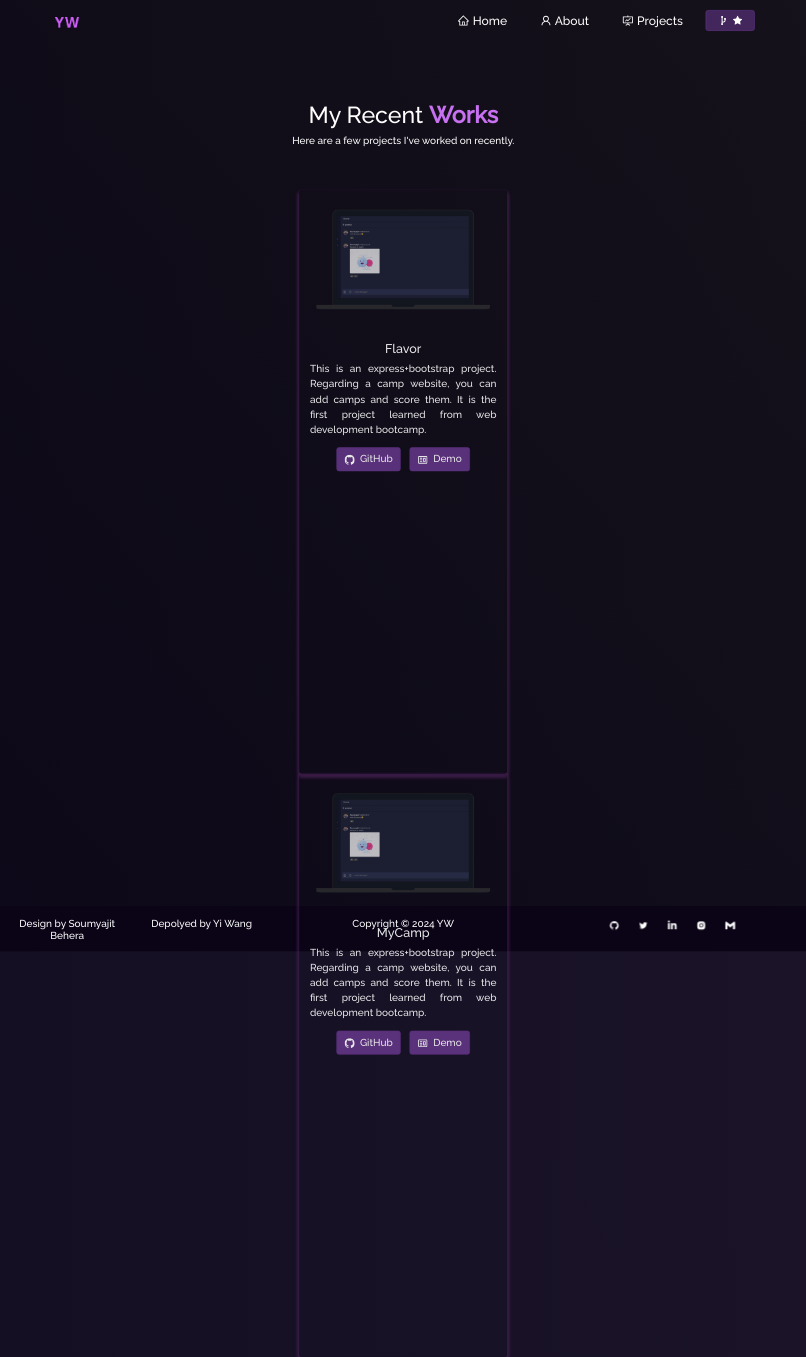
Repository: YiWang24/Portfolio
Page: /project
An editor plug-in stored every save of this project. The page is shown before and after the next save, followed by the edit.
The browser window is 1280 px wide. The pictures show the whole page, at 63% of full size.
The project was rebuilt for these pictures with package versions that can differ from the ones it lists, and the page was loaded fresh each time. Also part of the build but not shown: src/components/Home/Home2.js, src/components/Home/Type.js, src/components/Home/Home.js, src/components/About/Github.js, src/components/About/Techstack.js, src/components/About/AboutCard.js, src/components/About/Toolstack.js, src/components/About/About.js and 1 more. Imported but missing from the stored project, and not drawn on this page: src/Assets/Soumyajit_Behera-BIT_MESRA.pdf.

Above is the page before, as saved 2024-09-19 22:01:14.

After the next save:
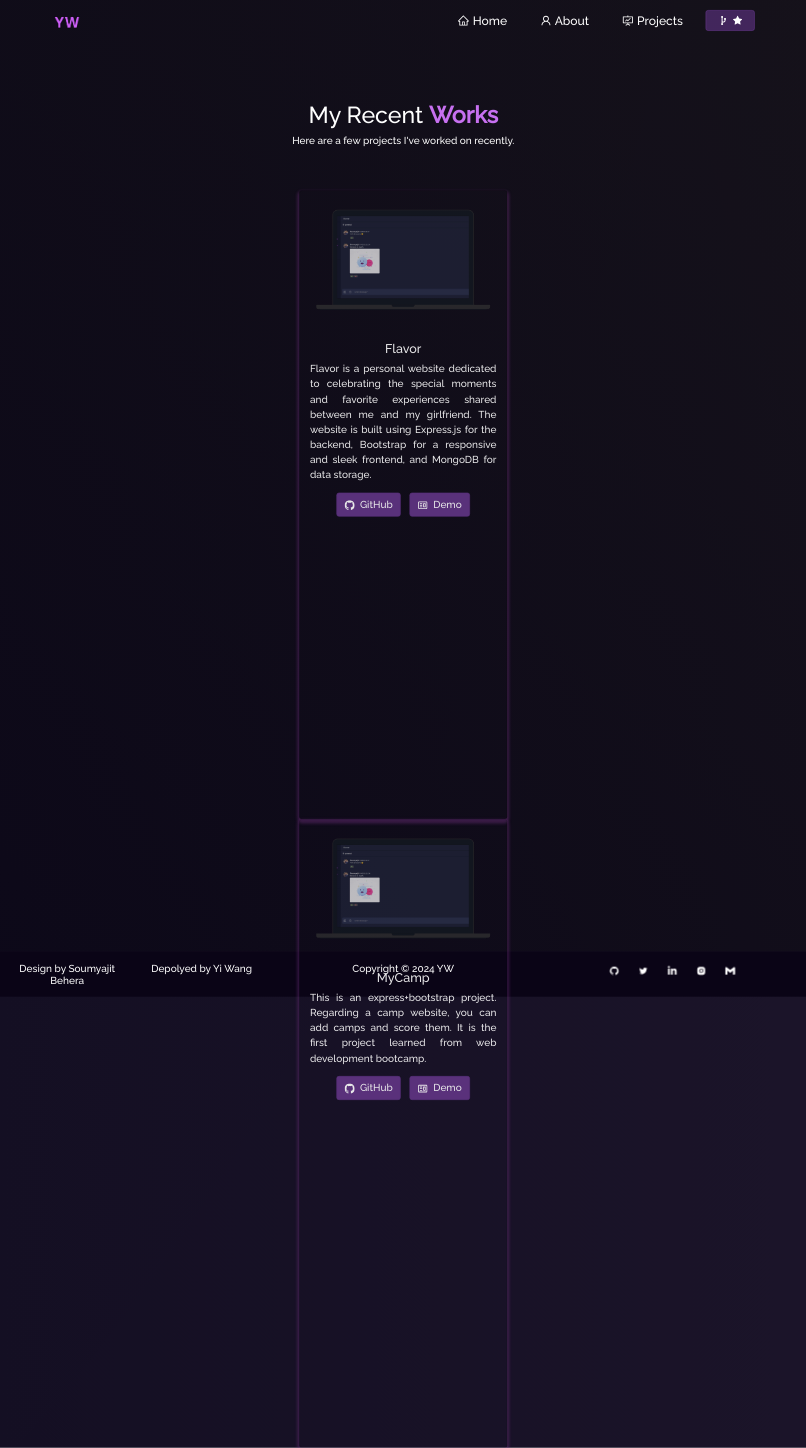
Saved 2 min 10 s later.
--- a/src/components/Projects/Projects.js
+++ b/src/components/Projects/Projects.js
@@ -26,7 +26,7 @@ function Projects() {
               imgPath={chatify}
               isBlog={false}
               title="Flavor"
-              description="This is an express+bootstrap project. Regarding a camp website, you can add camps and score them. It is the first project learned from web development bootcamp."
+              description="Flavor is a personal website dedicated to celebrating the special moments and favorite experiences shared between me and my girlfriend. The website is built using Express.js for the backend, Bootstrap for a responsive and sleek frontend, and MongoDB for data storage. "
               ghLink="https://github.com/YiWang24/Flavor"
               demoLink="https://app1.yiwang.run/"
             />
